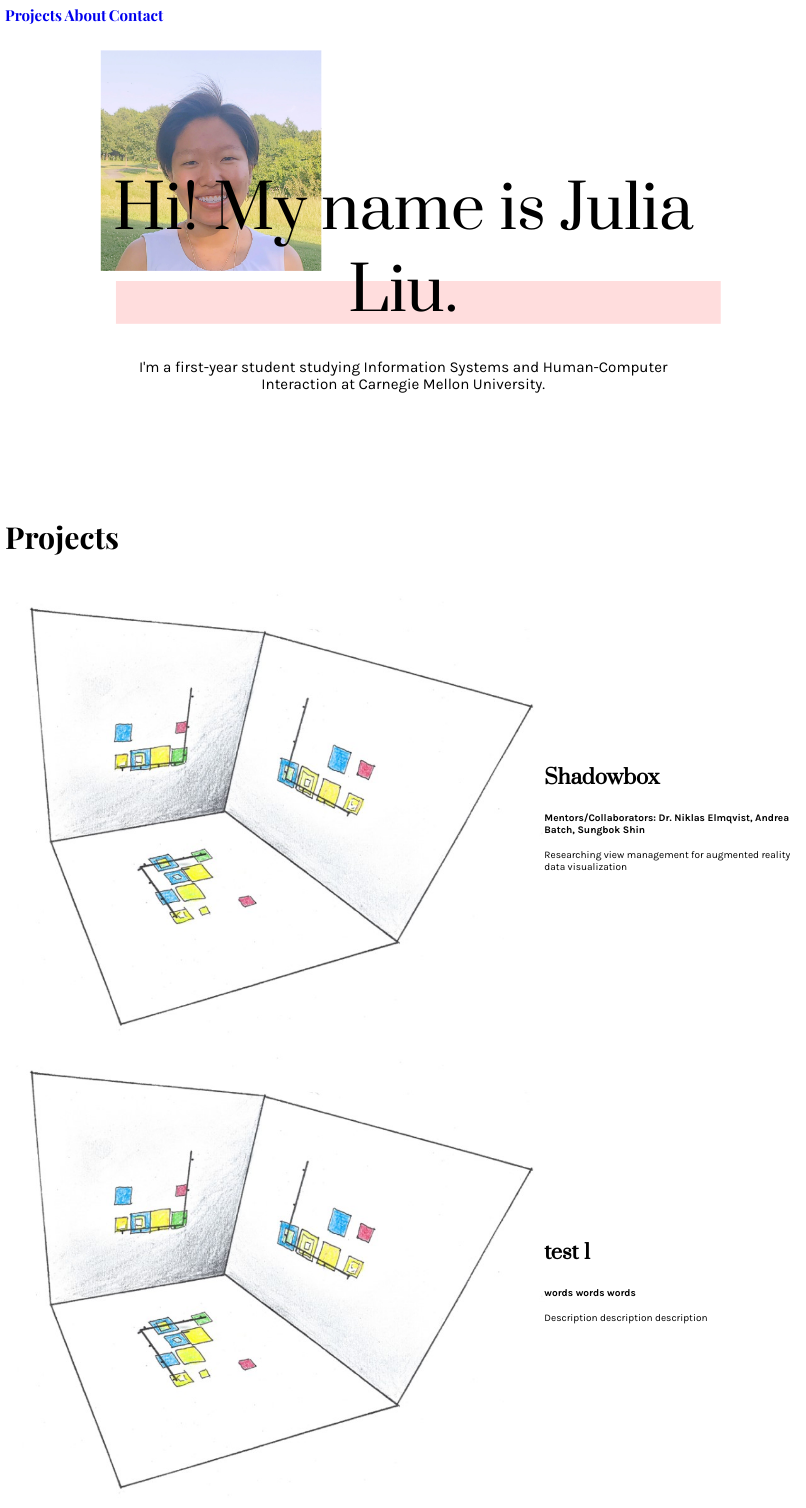
Repository: liu-julia/liu-julia.github.io
Page: index.html
An editor plug-in stored every save of this project. The page is shown before and after the next save, followed by the edit.
The browser window is 1280 px wide. The pictures show the whole page, at 63% of full size.

Above is the page before, as saved 2022-04-26 22:52:20.

### index.html
<!DOCTYPE html>
<html lang="en">
<head>
    <meta charset="UTF-8">
    <meta http-equiv="X-UA-Compatible" content="IE=edge">
    <meta name="viewport" content="width=device-width, initial-scale=1.0">
    <link rel="preconnect" href="https://fonts.googleapis.com">
    <link rel="preconnect" href="https://fonts.gstatic.com" crossorigin>
    <link href="https://fonts.googleapis.com/css2?family=Karla:wght@300;400;700&family=Open+Sans:wght@300;400;700&family=Playfair+Display:wght@400;700&family=Prata&display=swap" rel="stylesheet">
    <link rel="stylesheet" href="css/styles.css">
    <link rel="icon" href="images/jllogo.png">
    <title>Julia Liu</title>
</head>
<body>
    <header>
        <a href="index.html">Projects</a>
        <a href="about.html">About</a>
        <a href="contact.html">Contact</a>
    </header>
    <div id="content">
        <div id="top">
            <img id="face" src="images/IMG_20210707_193435_832.jpg" alt="Julia Liu">
            <h1 class="highlighted">Hi! My name is Julia Liu.</h1>
            <p id="head_desc">I'm a first-year student studying Information Systems and Human-Computer Interaction at Carnegie Mellon University.</p>
        </div>
        <br>
        <h2>Projects</h2>
        <div class="project">
            <img src="images/shadowbox.jpg" alt="Shadowbox">
            <div class="project-text">
                <h3>Shadowbox</h3>
                <h4>Mentors/Collaborators: Dr. Niklas Elmqvist, Andrea Batch, Sungbok Shin</h4>
                <p>Researching view management for augmented reality data visualization</p>
            </div>
        </div>
        <div class="project">
            <img src="images/shadowbox.jpg" alt="Shadowbox">
            <div class="project-text">
                <h3>test 1</h3>
                <h4>words words words</h4>
                <p>Description description description</p>
            </div>
        </div>
    </div>
</body>
</html>

### css/styles.css
:root {
    font-family: 'Karla', sans-serif;
}
html {
    height: 100%;
}
body {
    height: 100%;
}
#content {
    height: 100%;
}
h1 {
    font-family: 'Prata', serif;
    font-weight: 400;
    font-size: 6em;
}
#top {
    height: 100%;
}
h1{
    position: absolute;
    bottom: 12rem;
    left: 1rem;
    right: 1rem;
    text-align: center;
    margin: auto;
    width: 75%;
}
.highlighted::before {
    content: "";
    position: absolute;
    width: 100%;
    background: #ffdddd;
    left: .25em;
    bottom: .15em;
    height: .7em;
    z-index: -1;
}
h2 {
    font-family: 'Playfair Display', serif;
    font-size: 3em;
}
h3 {
    font-family: 'Prata', serif;
    font-size: 2em;

}
a {
    font-family: 'Playfair Display', serif;
    font-size: 1.5em;
    font-weight: 700;
    text-decoration: none;
}
#head_desc {
    font-size: 1.5em;
    font-weight: 400;
    position: absolute;
    bottom: 6rem;
    width: 90%;
    left: 1rem;
    right: 1rem;
    text-align: center;
    margin: auto;
    width: 75%;
}
.project {
    display: flex;
    align-items: center;
}
#face {
    position: absolute;
    top: 5rem;
    left: 10rem;
    right: 10rem;
    width: 350px;
    height: 350px;
}

After the next save:
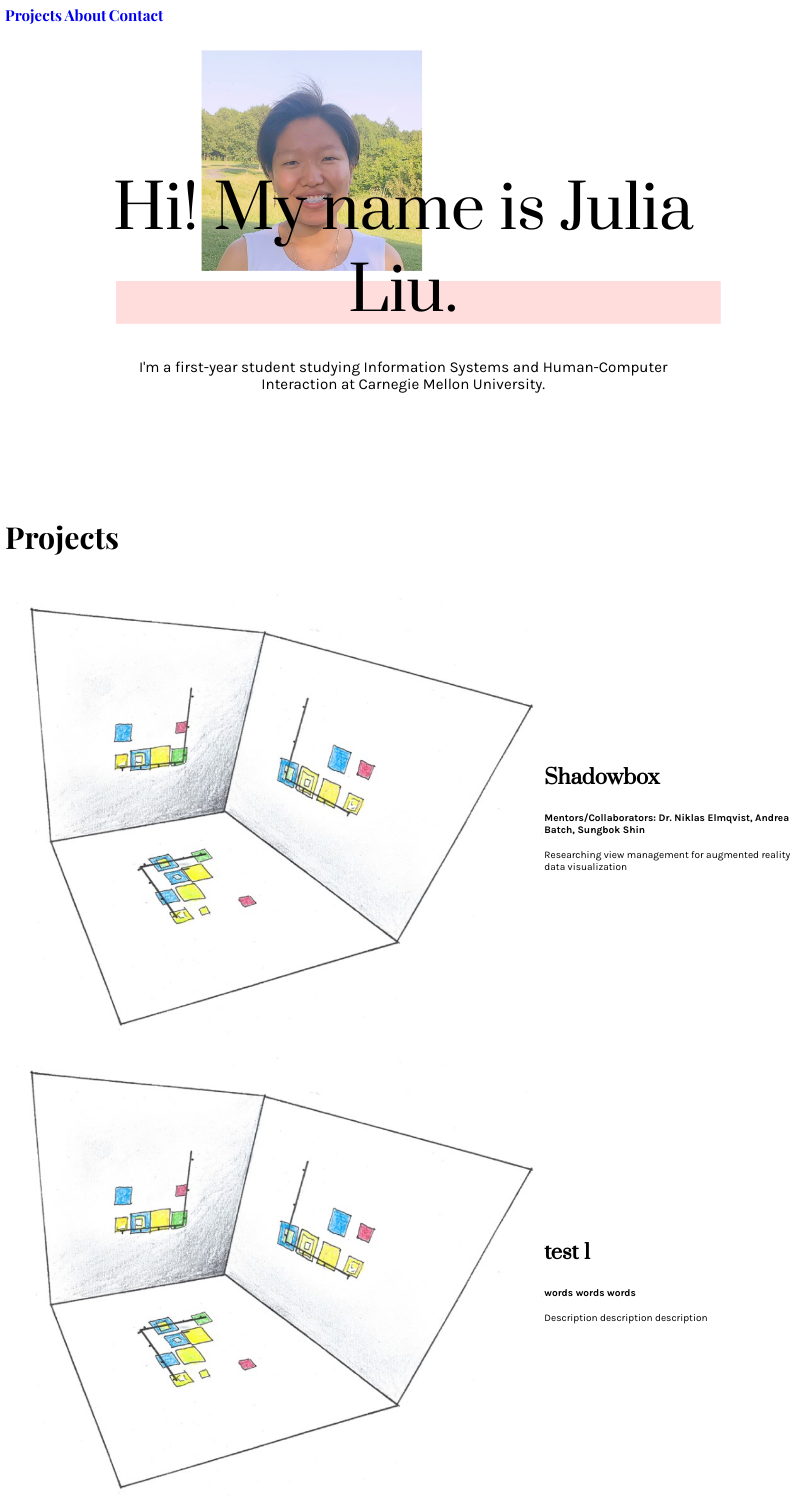
Saved 7 s later.
--- a/css/styles.css
+++ b/css/styles.css
@@ -71,8 +71,8 @@ a {
 #face {
     position: absolute;
     top: 5rem;
-    left: 10rem;
-    right: 10rem;
+    left: 20rem;
+    right: 20rem;
     width: 350px;
     height: 350px;
 }
